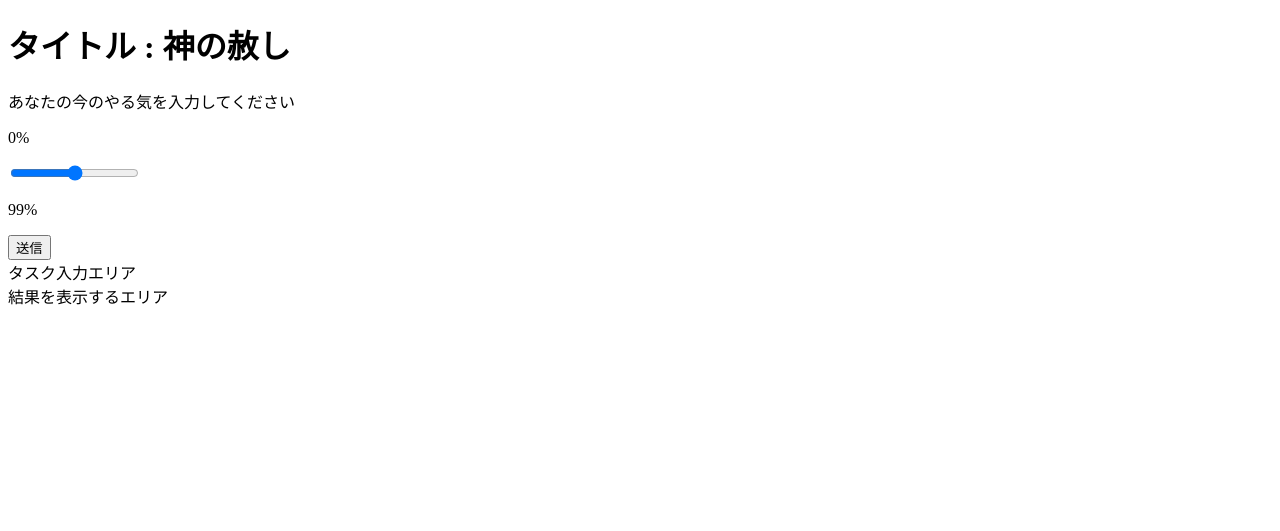
Repository: masa0306/god_forgiveness
Page: index.html
The author's editor kept a copy of each file at every save. The page is drawn from the files as they stood at one save, then again after the next save.
The browser window is 1280 px wide. The pictures show the whole page.

Above is the page before, as saved 2024-05-14 23:08:28.

### index.html
<!DOCTYPE html>
<html lang="en">
<head>
    <meta charset="UTF-8">
    <meta name="viewport" content="width=device-width, initial-scale=1.0">
    <title>Document</title>
</head>
<body>
<!-- タイトルトップ -->
<!-- 神の許しを請うボタンを設置し、それを押すと始まるイメージ -->
    <div><h1>タイトル : 神の赦し</h1></div>
    <!-- やる気を入力するエリア -->
    <div>
        <p>あなたの今のやる気を入力してください</p>
        <p>0%</p>
        <input type="range" name="motivation" min="0" max="99" id="motivationValue">
        <p>99%</p>
        <button id="sendMotivation">送信</button>
    </div>

    <div>タスク入力エリア</div>

    <div>結果を表示するエリア</div>
    <script src="https://ajax.googleapis.com/ajax/libs/jquery/3.7.0/jquery.min.js"></script>
    <script src="/js/script.js"></script>

</body>
</html>

### js/script.js
// やる気の取得
function motivation() {
    $('#sendMotivation').on("click",function(){
        motivation=$("#motivationValue").val()
        console.log(motivation);
    })
};

$(document).ready(function() {
    motivation();
});

After the next save:
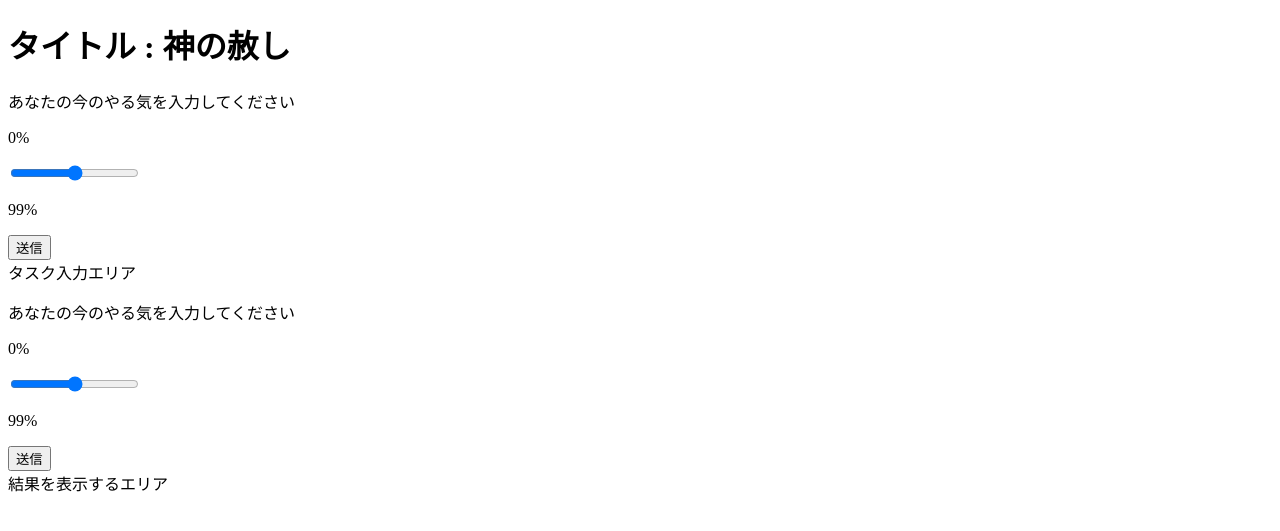
Saved 6 s later.
--- a/index.html
+++ b/index.html
@@ -19,6 +19,11 @@
     </div>
 
     <div>タスク入力エリア</div>
+    <p>あなたの今のやる気を入力してください</p>
+    <p>0%</p>
+    <input type="range" name="motivation" min="0" max="99" id="motivationValue">
+    <p>99%</p>
+    <button id="sendMotivation">送信</button>
 
     <div>結果を表示するエリア</div>
     <script src="https://ajax.googleapis.com/ajax/libs/jquery/3.7.0/jquery.min.js"></script>
